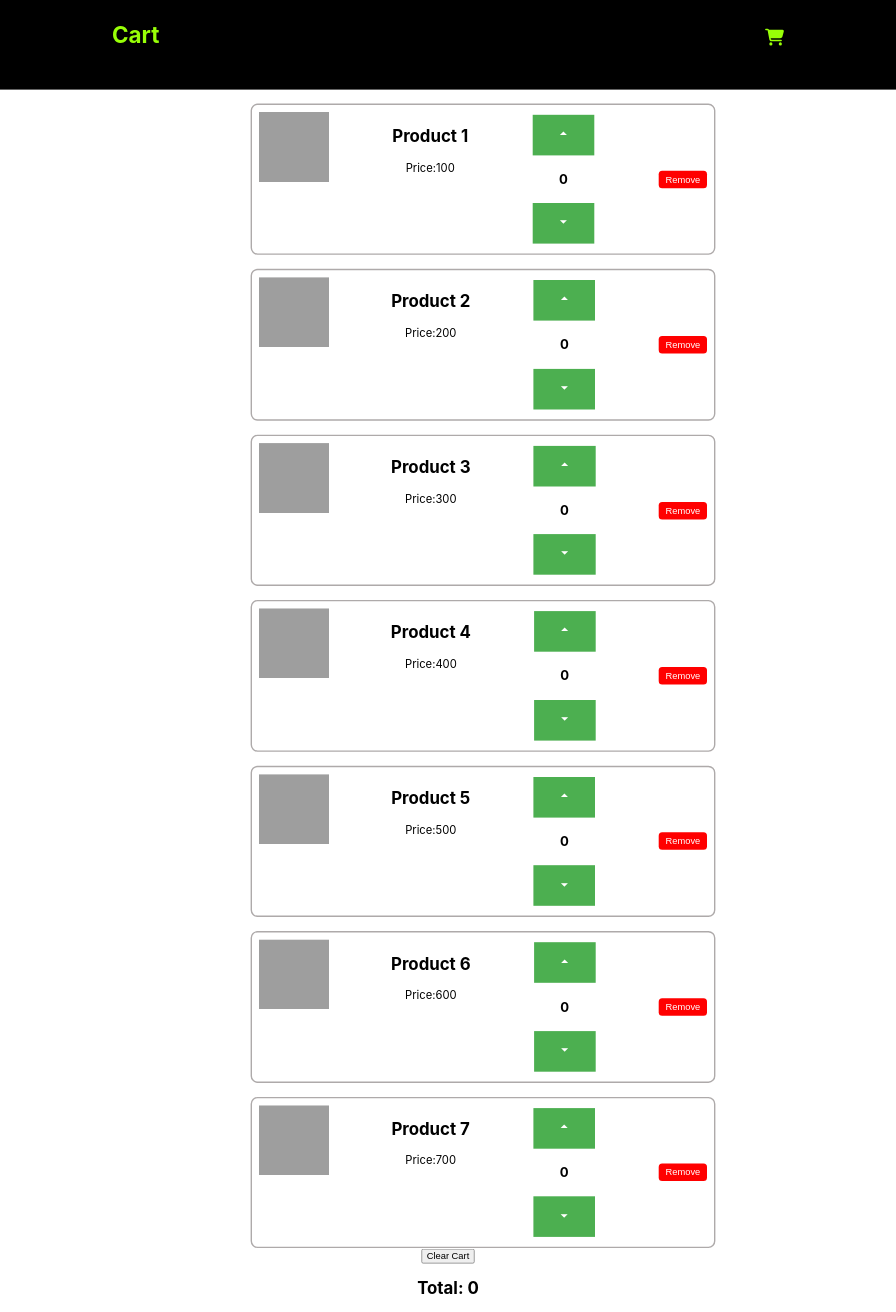
Repository: sriram1224/Cart-react-app
Page: /
The author's editor kept a copy of each file at every save. The page is drawn from the files as they stood at one save, then again after the next save.
The browser window is 1280 px wide. The pictures show the whole page, at 70% of full size.
Pictures or frames that could not be fetched are drawn as grey boxes. The project was rebuilt for these pictures with package versions that can differ from the ones it lists, and the page was loaded fresh each time.

Above is the page before, as saved 2024-03-12 22:29:47.

### public/index.html
<!DOCTYPE html>
<html lang="en">

<head>
  <meta charset="utf-8" />
  <link rel="icon" href="%PUBLIC_URL%/favicon.ico" />
  <meta name="viewport" content="width=device-width, initial-scale=1" />
  <meta name="theme-color" content="#000000" />
  <meta name="description" content="Web site created using create-react-app">
  <link rel="stylesheet"
    href="https://fonts.googleapis.com/css2?family=Material+Symbols+Outlined:opsz,wght,FILL,GRAD@24,400,0,0" />


  <title>React App</title>
</head>

<body>
  <noscript>You need to enable JavaScript to run this app.</noscript>
  <div id="root"></div>

</body>

</html>

### src/App.js
import Nav from "./Components/Nav.js"
import './App.css';
import Cart from './Components/cart.js';
function App() {
  return (
    <div className="App">

      <Cart />
    </div>
  );
}

export default App;

### src/Components/Nav.js
import { FontAwesomeIcon } from '@fortawesome/react-fontawesome';
import { faShoppingCart } from '@fortawesome/free-solid-svg-icons';
import './Navbar.css';

function Navbar({ cartItems }) {
      console.log(cartItems);
    return (

      <div className="nav-container">
      <div className="cart">
          <div className="heading">
              <h1>
              Cart
              </h1>
          </div>
      <h1>
        <div className="cart-icon-container">
          <FontAwesomeIcon icon={faShoppingCart} className="cart-icon" />
          {cartItems > 0 && (
            <span className="cart-count">{cartItems}</span>
          )}
        </div>

      </h1>
    </div>
      </div>
  );
}

export default Navbar;

### src/Components/cart.js
import React, { useState, useEffect } from "react";
import { BiSolidUpArrow, BiSolidDownArrow } from "react-icons/bi";
import Nav from './Nav'
import './cart.css'

function Cart() {
    const [products, setProducts] = useState([
        { id: "1", name: "Product 1", price: 100, quantity: 0, image: "https://images.unsplash.com/photo-1564466809058-bf4114d55352?w=500&auto=format&fit=crop&q=60&ixlib=rb-4.0.3&ixid=M3wxMjA3fDB8MHxzZWFyY2h8MjN8fHByb2R1Y3R8ZW58MHx8MHx8fDA%3D" },
        { id: "2", name: "Product 2", price: 200, quantity: 0, image: "https://images.unsplash.com/photo-1560343090-f0409e92791a?w=500&auto=format&fit=crop&q=60&ixlib=rb-4.0.3&ixid=M3wxMjA3fDB8MHxzZWFyY2h8N3x8cHJvZHVjdHxlbnwwfHwwfHx8MA%3D%3D" },
        { id: "3", name: "Product 3", price: 300, quantity: 0, image: "https://images.unsplash.com/photo-1560343090-f0409e92791a?w=500&auto=format&fit=crop&q=60&ixlib=rb-4.0.3&ixid=M3wxMjA3fDB8MHxzZWFyY2h8N3x8cHJvZHVjdHxlbnwwfHwwfHx8MA%3D%3D" },
        { id: "4", name: "Product 4", price: 400, quantity: 0, image: "https://images.unsplash.com/photo-1542291026-7eec264c27ff?w=500&auto=format&fit=crop&q=60&ixlib=rb-4.0.3&ixid=M3wxMjA3fDB8MHxzZWFyY2h8MTF8fHByb2R1Y3R8ZW58MHx8MHx8fDA%3D" },
        { id: "5", name: "Product 5", price: 500, quantity: 0, image: "https://images.unsplash.com/photo-1553456558-aff63285bdd1?w=500&auto=format&fit=crop&q=60&ixlib=rb-4.0.3&ixid=M3wxMjA3fDB8MHxzZWFyY2h8MTJ8fHByb2R1Y3R8ZW58MHx8MHx8fDA%3D" },
        { id: "6", name: "Product 6", price: 600, quantity: 0, image: "https://images.unsplash.com/photo-1553456558-aff63285bdd1?w=500&auto=format&fit=crop&q=60&ixlib=rb-4.0.3&ixid=M3wxMjA3fDB8MHxzZWFyY2h8MTJ8fHByb2R1Y3R8ZW58MHx8MHx8fDA%3D" },
        { id: "7", name: "Product 7", price: 700, quantity: 0, image: "https://images.unsplash.com/photo-1583394838336-acd977736f90?w=500&auto=format&fit=crop&q=60&ixlib=rb-4.0.3&ixid=M3wxMjA3fDB8MHxzZWFyY2h8MTl8fHByb2R1Y3R8ZW58MHx8MHx8fDA%3D" }
    ]);

    const [total, setTotal] = useState(0);
    const [cartItems, setCartItems] = useState(0);

    useEffect(() => {
        let newCartItems = 0;
        products.forEach(product => {
            newCartItems += product.quantity;
        });
        setCartItems(newCartItems);
    }, [products]);

    const increaseQuantity = (index) => {
        const updatedProducts = [...products];
        updatedProducts[index].quantity++;
        setProducts(updatedProducts);
        updateTotal();
    };

    const decreaseQuantity = (index) => {
        const updatedProducts = [...products];
        if (updatedProducts[index].quantity > 0) {
            updatedProducts[index].quantity--;
            setProducts(updatedProducts);
            updateTotal();
        }
    };

    const updateTotal = () => {
        let newTotal = 0;
        products.forEach((product) => {
            newTotal += product.quantity * product.price;
        });
        setTotal(newTotal);
    };

    const clearCart = () => {
        setProducts([]);
        setTotal(0);
        setCartItems(0);
    };

    const removeFromCart = (index) => {
        const updatedProducts = [...products];
        updatedProducts.splice(index, 1);
        setProducts(updatedProducts);
        updateTotal();
    };

    return (
        <div>
            <Nav cartItems={cartItems} />
            <div className="">
                {products.map((product, index) => {
                    return (
                        <div className="product-container" key={index}>
                            <img src={product.image} alt={product.name} />
                            <div className="text">
                            <h2>{product.name}</h2>
                            <p>Price:{product.price}</p></div>
                            <div className="button-quantity">
                                <button onClick={() => increaseQuantity(index)}>
                                    <span class="material-symbols-outlined">
arrow_drop_up
</span>
                                </button>
                                <h3>{product.quantity}</h3>
                                <button onClick={() => decreaseQuantity(index)}>
                                    <span class="material-symbols-outlined">
arrow_drop_down
</span>
                                </button>
                            </div>
                            <div className="rm-button">
                            <button onClick={() => removeFromCart(index)}>Remove</button>
                        </div></div>
                    );
                })}
                <button onClick={clearCart}>Clear Cart</button>
                <h2>Total: {total}</h2>
            </div>
        </div>
    );
}

export default Cart;

### src/Components/Navbar.css
.cart-icon-container {
    position: relative;
    display: inline-block;
}

.cart-icon {
    font-size: 1.5rem;
    color: rgb(152, 255, 7);

}

.cart-count {
    position: absolute;
    top: -10px;

    right: -10px;
    /* Adjust the horizontal positioning */
    background-color: red;
    color: white;
    border-radius: 50%;
    padding: 2px 6px;
    font-size: 0.8rem;
    /* Adjust the font size as needed */
}

.cart{
    display: flex;
    justify-content: space-between;
    margin: 0 10rem;
    align-items: center;
    padding-top: 10px;

}

.heading{
text-align: center;
color: rgb(152, 255, 7);
}

.nav-container{
    width: 100%;
    height: 8rem;
    background-color:rgb(0, 0, 0)
}

### src/Components/cart.css
.product-container{
    display: flex;
    gap: 20px;
    justify-content: space-between;
    width: 50%;
    position: relative;
    left: 28%;
    text-align: center;
    margin-top: 20px;
    border: 2px solid rgb(174, 170, 170);
    padding: 10px;
    border-radius: 10px;
}

.product-container img{
    width: 100px;
    height: 100px;
}
.rm-button{
    display: flex;
    align-items: center;
}
.rm-button button{

    background-color: red;
    color: white;
    border: none;
    padding: 5px 10px;
    border-radius: 5px;
    cursor: pointer;
}
.button-quantity span{
    color:rgb(255, 255, 255);

}

.button-quantity button {
    background-color: #4CAF50;
    /* Green background */
    border: none;
    /* Remove borders */
    color: white;
    /* White text */
    padding: 15px 32px;
    /* Some padding */
    text-align: center;
    /* Centered text */
    text-decoration: none;
    /* Remove underline */
    display: inline-block;
    font-size: 16px;
    margin: 4px 2px;
    cursor: pointer;
    /* Mouse pointer on hover */
    transition-duration: 0.4s;
    /* Transition effects */
}

.button-quantity button:hover {
    background-color: #45a049;
    /* Green background on hover */
}

.text{


    text-align: center;
    gap: 10px;
}
.text p{
    text-align: center;
}

Loaded but not shown: src/index.js (common file); src/index.css (common file); src/reportWebVitals.js (common file); src/App.css (common file)

After the next save:
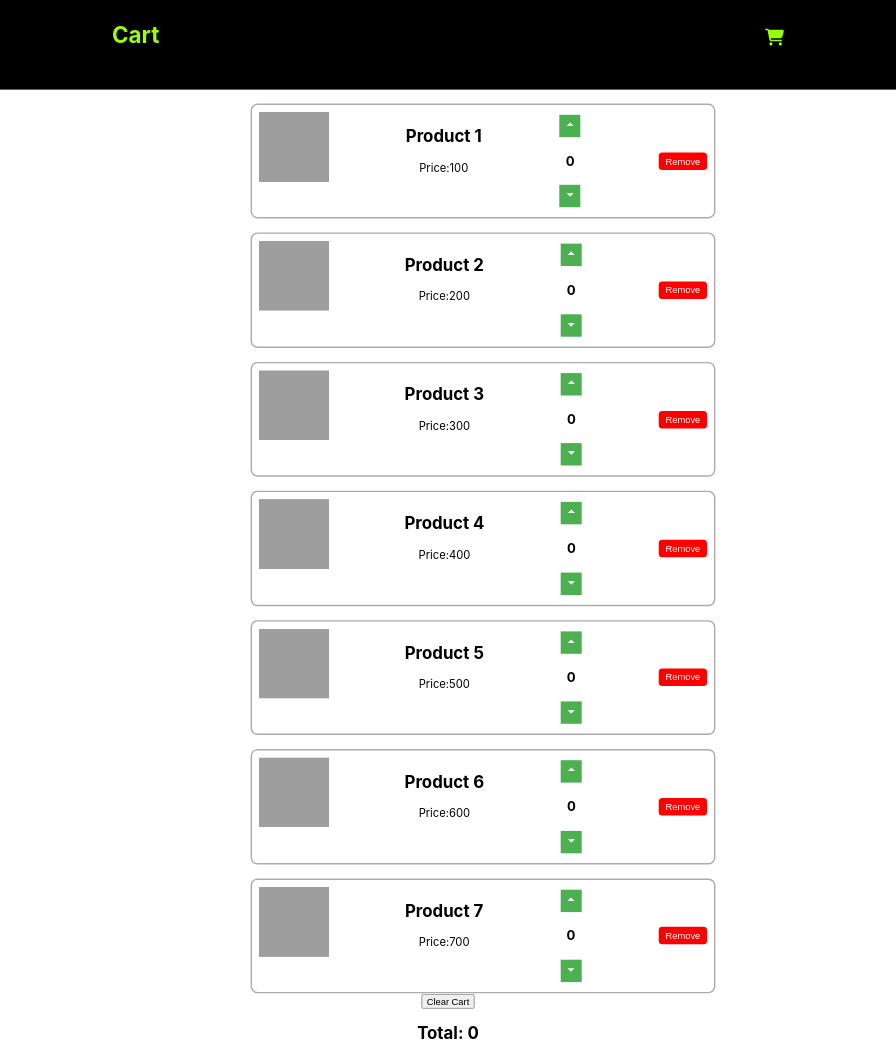
Saved 32 s later.
--- a/src/Components/cart.css
+++ b/src/Components/cart.css
@@ -41,7 +41,7 @@
     /* Remove borders */
     color: white;
     /* White text */
-    padding: 15px 32px;
+    padding:2px 3px;
     /* Some padding */
     text-align: center;
     /* Centered text */
